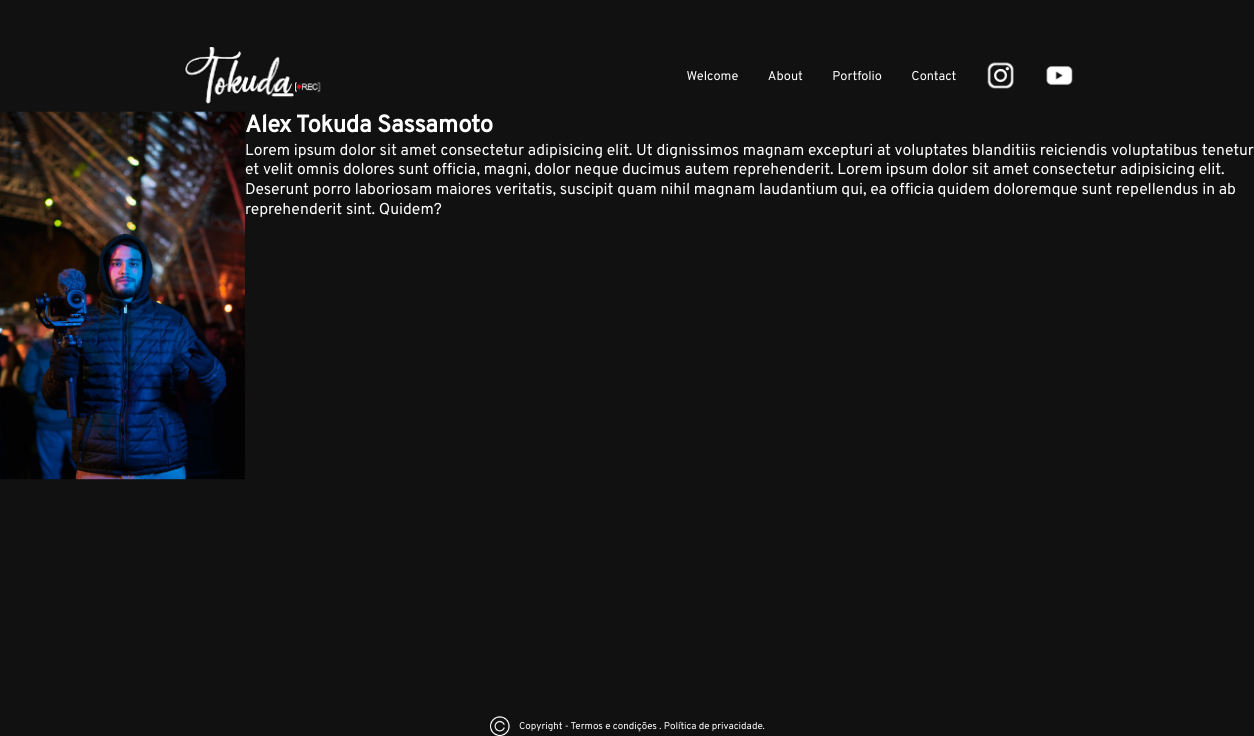
Repository: Lucasbeze/Project-FilmMaker
Page: projeto-alex/pages/about.html
The author's editor kept a copy of each file at every save. The page is drawn from the files as they stood at one save, then again after a run of saves.
The browser window is 1280 px wide. The pictures show the whole page, at 98% of full size.

Above is the page before, as saved 2022-08-25 14:56:10.

After the next 2 saves:
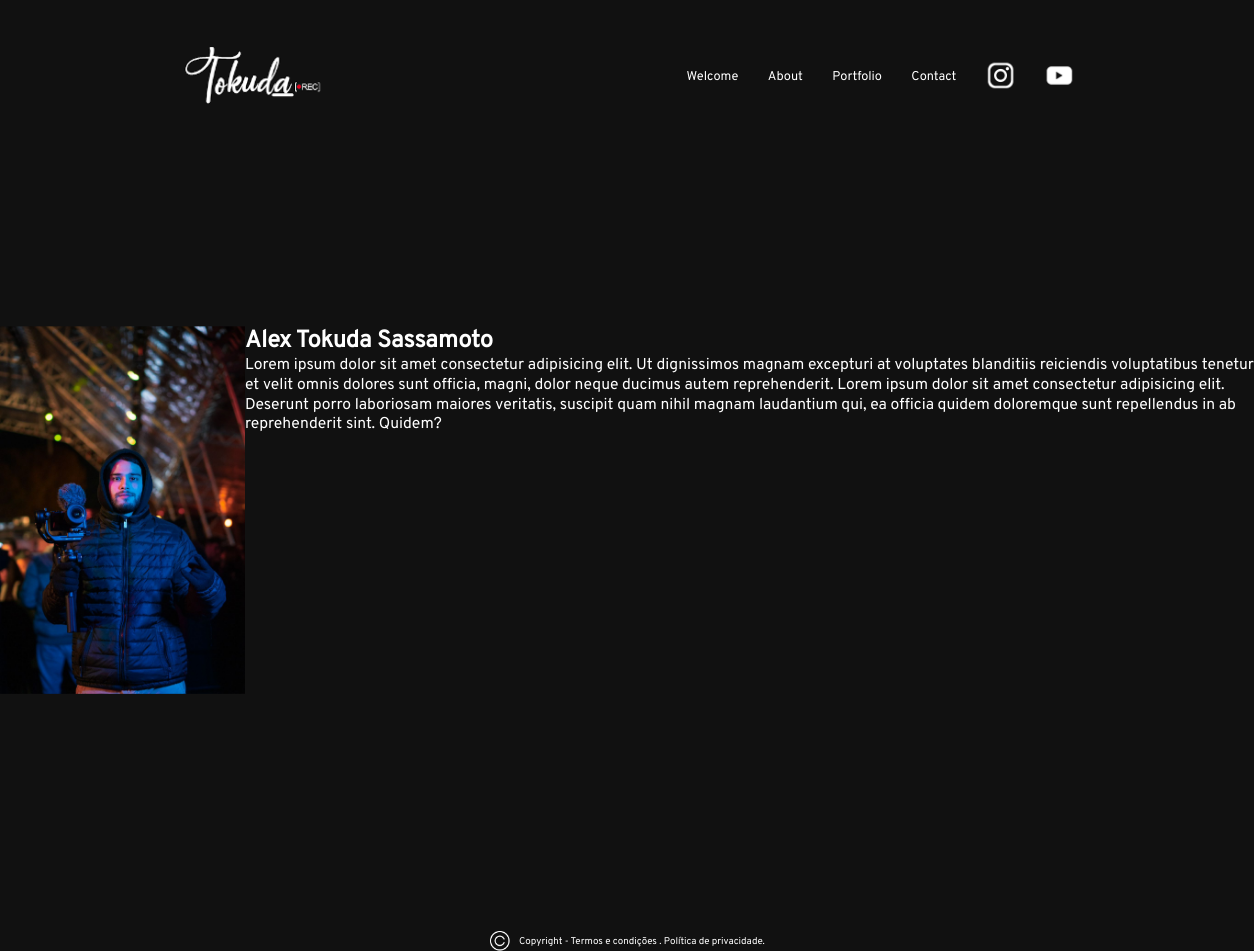
The 2 saves are shown as one change because they came seconds apart.
The last was saved 9 s later.
--- a/projeto-alex/css/about.css
+++ b/projeto-alex/css/about.css
@@ -38,10 +38,11 @@
   width: 30px;
 }
 .main-page {
+  margin: 21.9rem auto;
   display:flex;
 }
 main .mainpage .content {
-  margin: 21.9rem auto;
+
   display: flex;
 }
 main{
